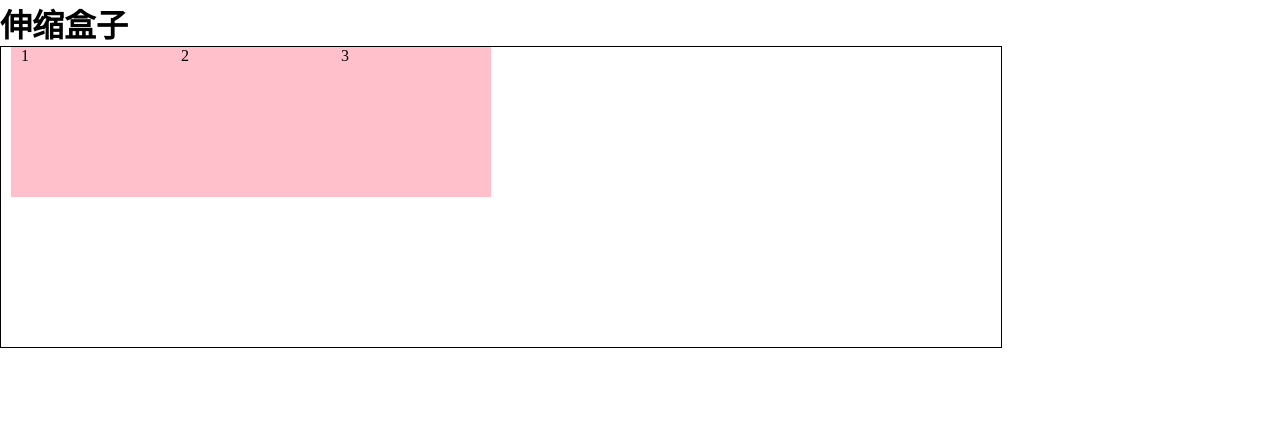
Repository: liuxi0811/web-demo
Page: 伸缩布局.html
The author's editor kept a copy of each file at every save. The page is drawn from the files as they stood at one save, then again after the next save.
The browser window is 1280 px wide. The pictures show the whole page.

Above is the page before, as saved 2020-12-03 14:24:38.

### 伸缩布局.html
<!DOCTYPE html>
<html lang="en">
<head>
    <meta charset="UTF-8">
    <meta name="viewport" content="width=device-width, initial-scale=1.0">
    <title>Document</title>
    <style>
        *{
            margin: 0px;
            padding: 0px;
        }
        div{
            width: 1000px;
            height: 300px;
            border: 1px solid;
        }

        li{
            width: 150px;
            height: 150px;
            background: pink;
            padding-left: 10px;
        }

        ul{
            list-style: none;
            display: flex;
            padding-left: 10px;
            flex-direction: row;
        }
    </style>
</head>
<body>
   <h1>伸缩盒子</h1>
    <div>
        <ul>
            <li>1</li>
            <li>2</li>
            <li>3</li>
    </div>
</body>
</html>

After the next save:
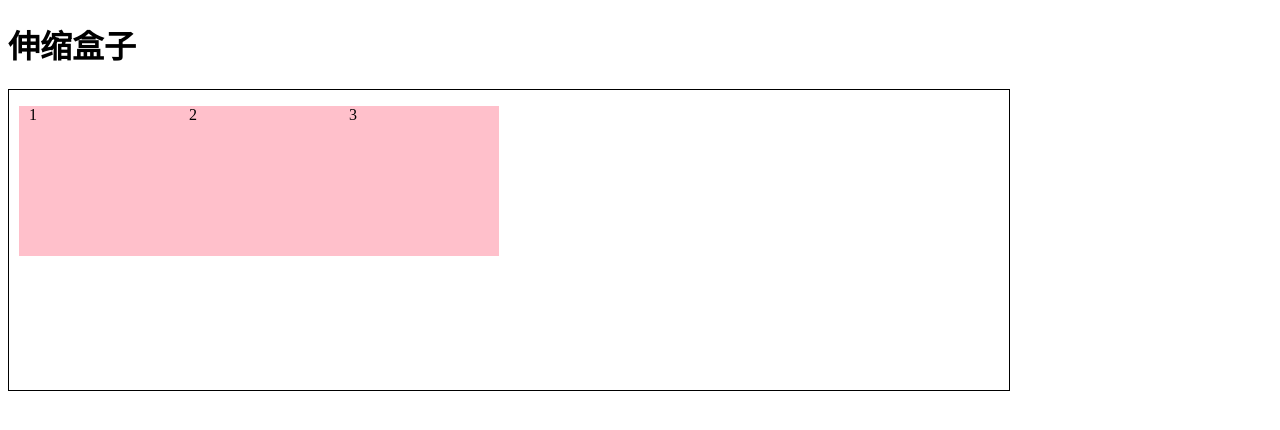
Saved 75 s later.
--- a/伸缩布局.html
+++ b/伸缩布局.html
@@ -6,8 +6,8 @@
     <title>Document</title>
     <style>
         *{
-            margin: 0px;
-            padding: 0px;
+            /* margin: 0px;
+            padding: 0px; */
         }
         div{
             width: 1000px;
